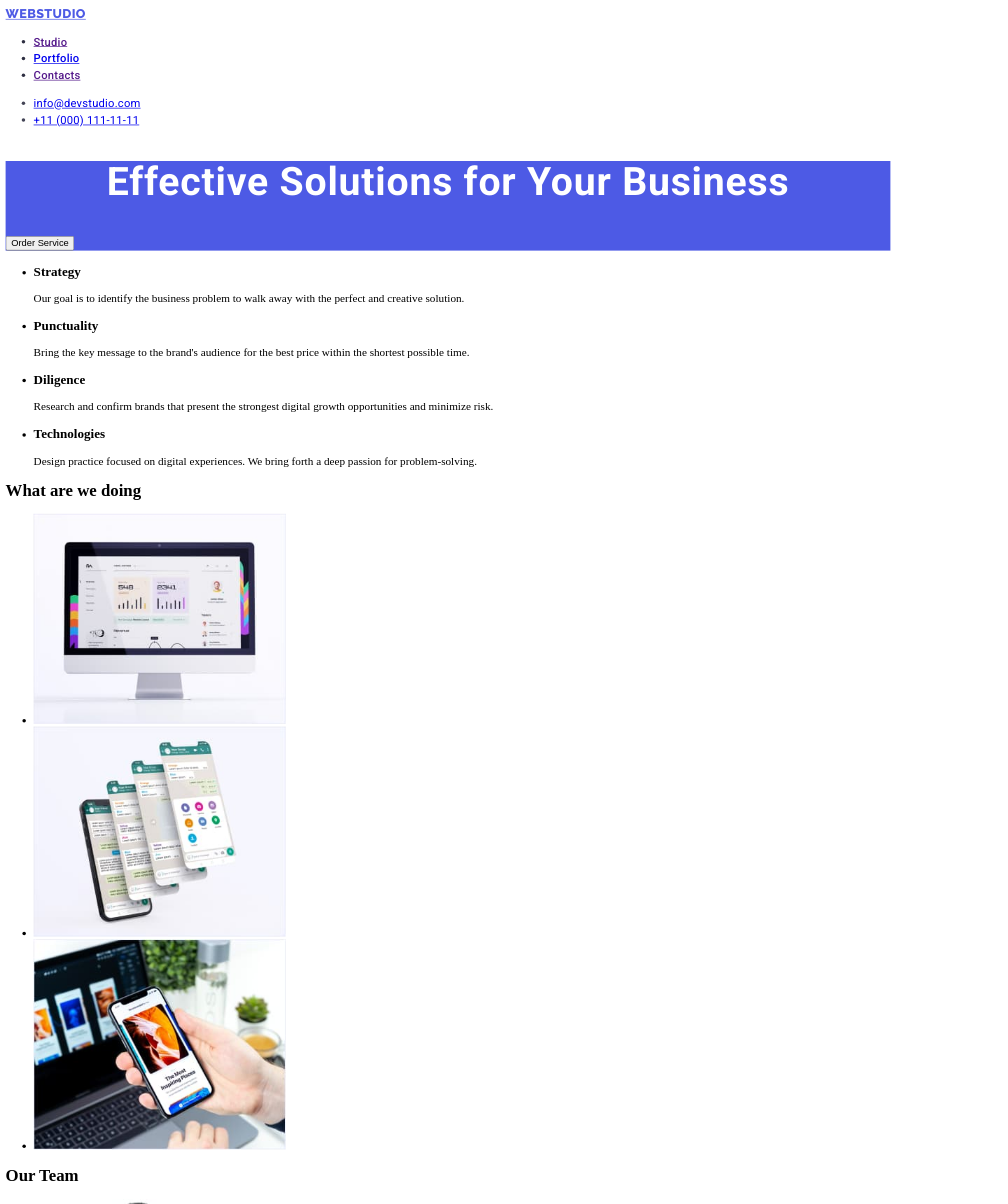
Repository: GrishchenkoNataliya/goit-markup-hw-02
Page: index.html
These files come from the project's save history. The page is drawn as it stood at one moment and after the next save; the edit follows.
The browser window is 1280 px wide. The page is 1280 px wide, then 1440 px, so the pictures cover 1440 px, including what lies to the right of the window. The pictures show the part of the page from y = 0 to 1720 px (the page is 3211 px tall before and 3037 px after), at 70% of full size.

Above is the page before, as saved 2023-03-04 00:20:49.

### index.html
<!DOCTYPE html>
<html lang="en">
  <head>
    <meta charset="UTF-8" />
    <meta http-equiv="X-UA-Compatible" content="IE=edge" />
    <meta name="viewport" content="width=device-width, initial-scale=1.0" />

    <link rel="preconnect" href="https://fonts.googleapis.com" />
    <link rel="preconnect" href="https://fonts.gstatic.com" crossorigin />
    <link
      href="https://fonts.googleapis.com/css2?family=Raleway:wght@800&family=Roboto+Mono:wght@600&family=Roboto:wght@400;500;700&display=swap"
      rel="stylesheet"
    />
    <link rel="stylesheet" href="./css/styles.css" />
    <title>homework_2</title>
  </head>
  <body class="body">
    <header class="header">
      <a class="header-logo" href="./index.html">WebStudio</a>
      <nav class="header-nav">
        <ul class="header-list">
          <li class="header-item">
            <a
              class="header-link"
              href=""
              target="_blank"
              rel="noopener noreferrer nofollow"
              >Studio</a
            >
          </li>
          <li class="header-item-portfolio">
            <a
              class="header-link"
              href="./portfolio/portfolio.html"
              target="_blank"
              rel="noopener noreferrer nofollow"
              >Portfolio</a
            >
          </li>
          <li class="header-item">
            <a
              class="header-link"
              href=""
              target="_blank"
              rel="noopener noreferrer nofollow"
              >Contacts</a
            >
          </li>
        </ul>
      </nav>
      <address class="address">
        <ul class="address-list">
          <li class="address-mail">
            <a href="mailto:info@devstudio.com">info@devstudio.com</a>
          </li>
          <li class="address-tel">
            <a href="tel:+110001111111">+11 (000) 111-11-11</a>
          </li>
        </ul>
      </address>
    </header>
    <main>
      <section class="hero">
        <h1 class="hero-title">Effective Solutions for Your Business</h1>
        <button class="hero-btn" type="button">Order Service</button>
        <!-- Dark-bg -->
      </section>
      <section class="feature1">
        <h2 hidden>Большой заголовок</h2>
        <ul class="feature1-list">
          <li class="feature1-item">
            <h3 class="feature1-title">Strategy</h3>
            <p class="feature1-text">
              Our goal is to identify the business problem to walk away with the
              perfect and creative solution.
            </p>
          </li>
          <li class="feature1-item">
            <h3 class="feature1-title">Punctuality</h3>
            <p class="feature1-text">
              Bring the key message to the brand's audience for the best price
              within the shortest possible time.
            </p>
          </li>
          <li class="feature1-item">
            <h3 class="feature1-title">Diligence</h3>
            <p class="feature1-text">
              Research and confirm brands that present the strongest digital
              growth opportunities and minimize risk.
            </p>
          </li>
          <li class="feature1-item">
            <h3 class="feature1-title">Technologies</h3>
            <p class="feature1-text">
              Design practice focused on digital experiences. We bring forth a
              deep passion for problem-solving.
            </p>
          </li>
        </ul>
      </section>
      <section class="feature2">
        <h2 class="feature2-title">What are we doing</h2>
        <ul class="feature2-list">
          <li class="feature2-item">
            <img
              src="./images/pages1/Rectangle71-1.jpg"
              alt="Rectangle 71-1"
              width="360"
            />
          </li>
          <li class="feature2-item">
            <img
              src="./images/pages1/Rectangle71-2.jpg"
              alt="Rectangle 71-2"
              width="360"
            />
          </li>
          <li class="feature2-item">
            <img
              src="./images/pages1/Rectangle71-3.jpg"
              alt="Rectangle 71-3"
              width="360"
            />
          </li>
        </ul>
      </section>
      <section>
        <h2>Our Team</h2>
        <ul>
          <li>
            <img
              src="./images/pages1/img1.jpg"
              alt="Mark Guerrero"
              width="264"
            />
            <h3>Mark Guerrero</h3>
            <p>Product Designer</p>
          </li>
          <li>
            <img src="./images/pages1/img2.jpg" alt="Tom Ford" width="264" />
            <h3>Tom Ford</h3>
            <p>Frontend Developer</p>
          </li>
          <li>
            <img
              src="./images/pages1/img3.jpg"
              alt="Camila Garcia"
              width="264"
            />
            <h3>Camila Garcia</h3>
            <p>Marketing</p>
          </li>
          <li>
            <img
              src="./images/pages1/img4.jpg"
              alt="Daniel Wilson"
              width="264"
            />
            <h3>Daniel Wilson</h3>
            <p>UI Designer</p>
          </li>
        </ul>
      </section>
    </main>
    <footer>
      <a href="./index.html">WebStudio</a>

      <p>
        Increase the flow of customers and sales for your business with digital
        marketing & growth solutions.
      </p>
      <!-- Dark-bg -->
    </footer>
  </body>
</html>

### css/styles.css
body {
  font-family: "Roboto Regular", sans-serif;
  font-family: open-;
}
/* @font-face {
  font-family: Roboto-500;
  src: url(../fonts/);
}
Підключення шрифта з папки fonts */

.header {
}
.header-nav {
}
.header-list {
}
.header-logo {
  font-family: "Raleway";
  font-style: normal;
  font-weight: 800;
  font-size: 18px;
  line-height: 1.33;

  display: flex;
  align-items: center;
  letter-spacing: 0.03em;
  text-transform: uppercase;

  color: #4d5ae5;
}
.header-list {
  font-family: "Roboto";
  font-style: normal;
  font-weight: 500;
  font-size: 16px;
  line-height: 1.5;
  letter-spacing: 0.02em;
  color: #2e2f42;
}

.address {
}
.address-list {
  font-family: "Roboto";
  font-style: normal;
  font-weight: 400;
  font-size: 16px;
  line-height: 1.5;
  letter-spacing: 0.02em;
  color: #434455;
}
.address-mail {
}
.address-tel {
}
.hero {
  background-color: #4d5ae5;
}
.hero-title {
  font-family: "Roboto";
  font-style: normal;
  font-weight: 700;
  font-size: 56px;
  line-height: 1.07;
  text-align: center;
  letter-spacing: 0.02em;
  color: #ffffff;
}

After the next save:
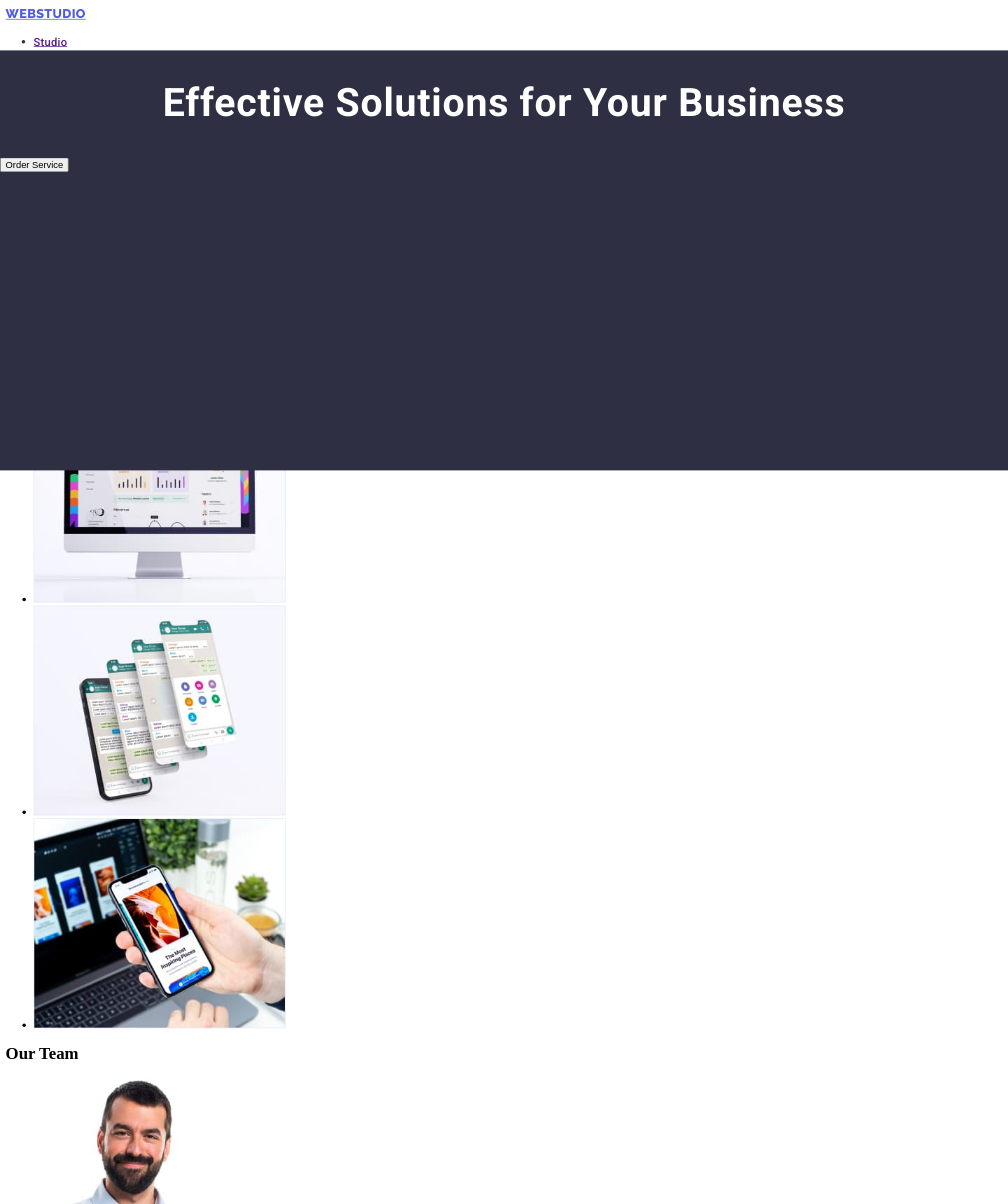
Saved 83 s later.
--- a/css/styles.css
+++ b/css/styles.css
@@ -54,7 +54,12 @@ body {
 .address-tel {
 }
 .hero {
-  background-color: #4d5ae5;
+  position: absolute;
+  width: 1440px;
+  height: 600px;
+  left: 0px;
+  top: 72px;
+  background: #2e2f42;
 }
 .hero-title {
   font-family: "Roboto";
